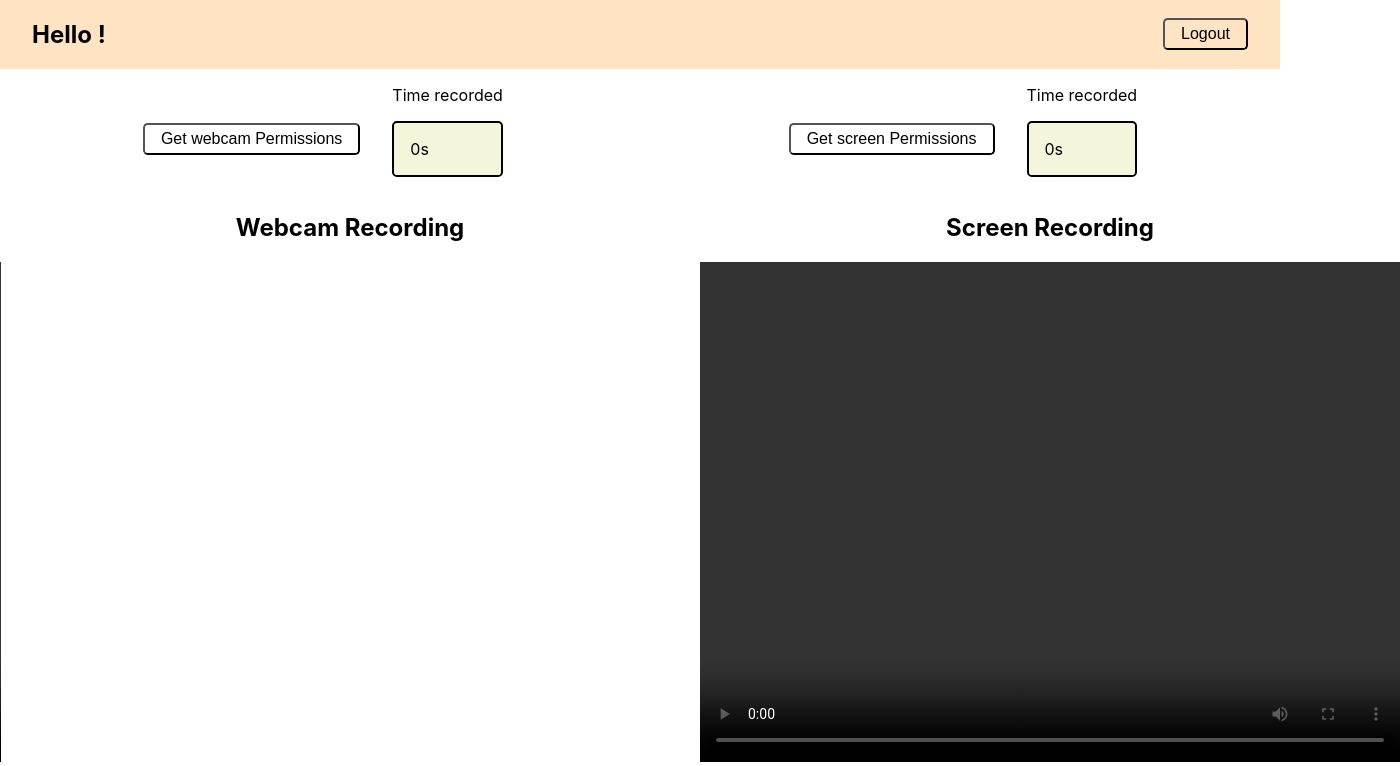
Repository: drumsmanku/test-1
Page: /recording (app in client/)
An editor plug-in stored every save of this project. The page is shown before and after the next save, followed by the edit.
The browser window is 1280 px wide. The page is 1400 px wide, so the pictures cover 1400 px, including what lies to the right of the window. The pictures show the whole page.
The project was rebuilt for these pictures with package versions that can differ from the ones it lists, and the page was loaded fresh each time. Also part of the build but not shown: client/src/App.css, client/src/Components/Login/Login.module.css, client/src/Components/Login/Login.js, client/src/Components/Register/Register.module.css, client/src/Components/Register/Register.js.

Above is the page before, as saved 2023-09-01 15:31:38.

After the next save:
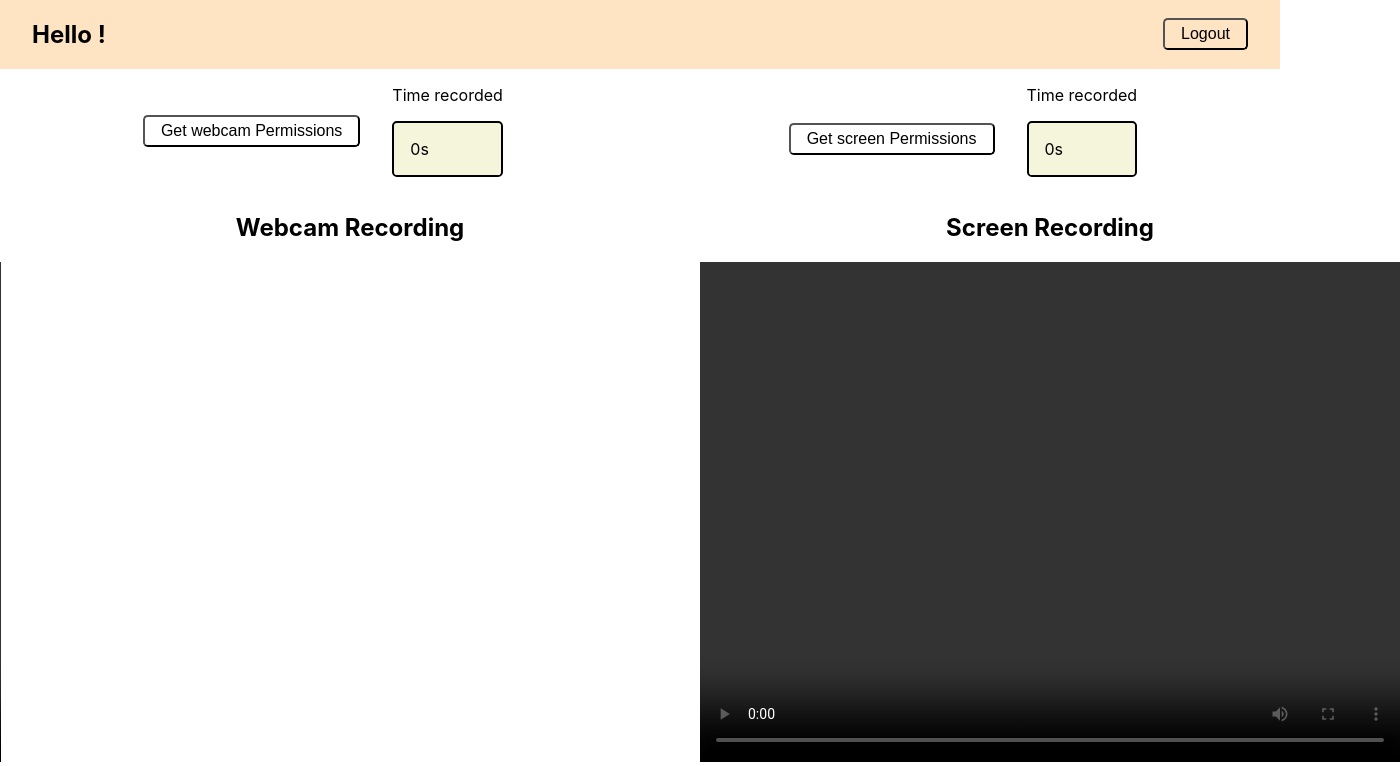
Saved 2 min 17 s later.
--- a/client/src/Components/Recording/Recording.js
+++ b/client/src/Components/Recording/Recording.js
@@ -141,7 +141,7 @@
 
         <div className={styles.webButtons}>
           <div style={{display:'flex', flexDirection:'column', alignItems:'center'}}>
-            <button className={styles.button} onClick={handleWebcamPermissions}>Get webcam Permissions</button>
+            <button  style={{marginBottom:'1rem'}} className={styles.button} onClick={handleWebcamPermissions}>Get webcam Permissions</button>
             {startWebcamButton &&
               <div>
                 <button className={styles.button} onClick={startRecordingWebcam}>Start Recording</button>

After the save that followed:
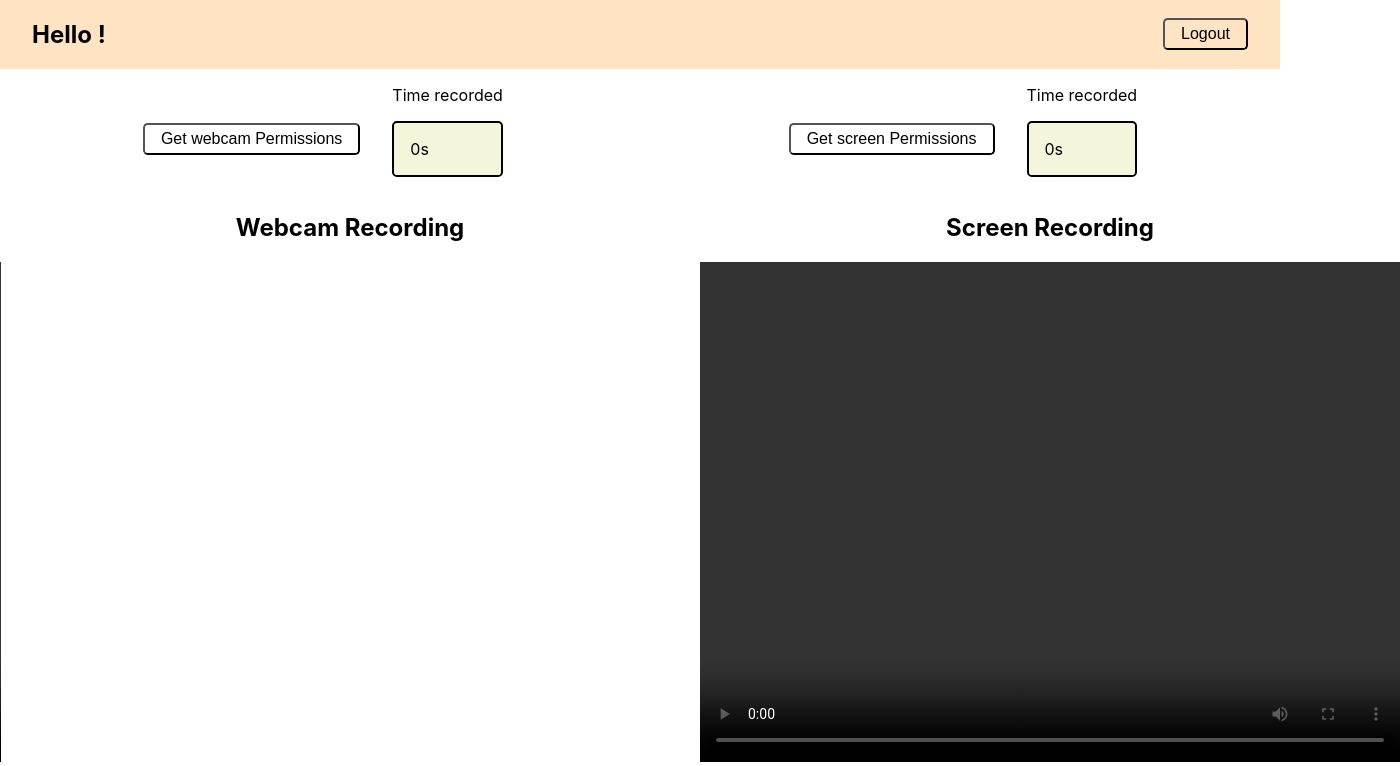
Saved 36 s later.
--- a/client/src/Components/Recording/Recording.js
+++ b/client/src/Components/Recording/Recording.js
@@ -141,9 +141,9 @@
 
         <div className={styles.webButtons}>
           <div style={{display:'flex', flexDirection:'column', alignItems:'center'}}>
-            <button  style={{marginBottom:'1rem'}} className={styles.button} onClick={handleWebcamPermissions}>Get webcam Permissions</button>
+            <button  className={styles.button} onClick={handleWebcamPermissions}>Get webcam Permissions</button>
             {startWebcamButton &&
-              <div>
+              <div style={{marginBottom:'1rem'}}>
                 <button className={styles.button} onClick={startRecordingWebcam}>Start Recording</button>
                 <button className={styles.button} onClick={stopRecordingWebcam}>Stop Recording</button>
               </div>
